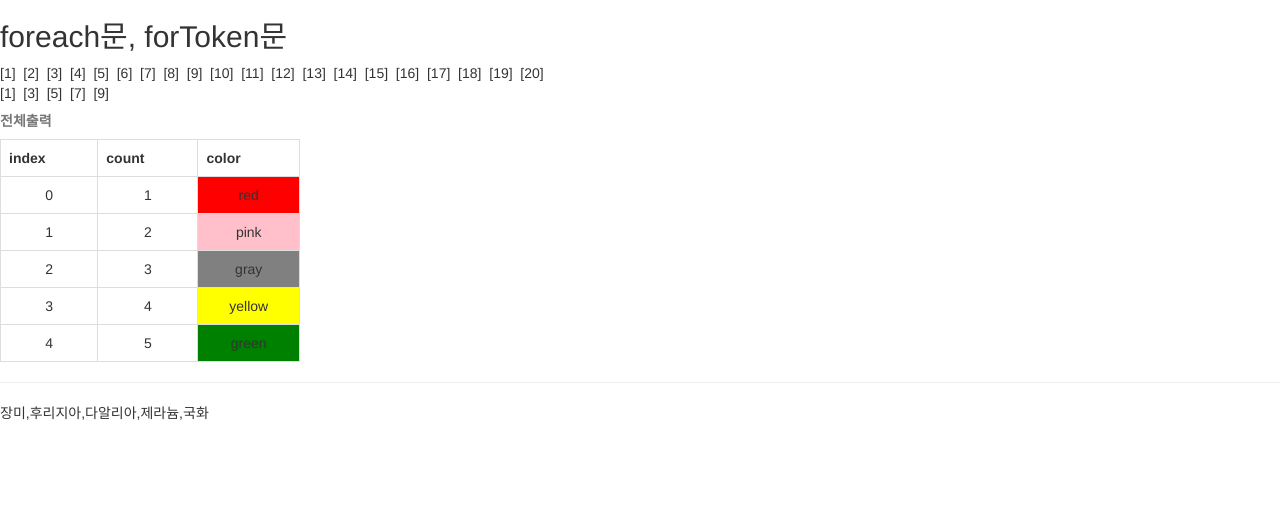
Repository: jungbee2/jungproject
Page: http://localhost/JstlProject/day0330/ex6_foreach.jsp
An editor plug-in stored every save of this project. The page is shown before and after the next save, followed by the edit.
The browser window is 1280 px wide. The pictures show the whole page.
Some web fonts or font styles are not loaded; a fallback is used. The page is served by Tomcat 9. Other server files are loaded and not shown.

Above is the page before, as saved 2023-03-30 02:47:43.

### JstlProject/src/main/webapp/day0330/ex6_foreach.jsp
<%@ page language="java" contentType="text/html; charset=utf-8"
	pageEncoding="utf-8"%>
<%@ taglib uri="http://java.sun.com/jsp/jstl/core" prefix="c"%>
<%@ taglib uri="http://java.sun.com/jsp/jstl/fmt" prefix="fmt"%>
<!DOCTYPE html>
<html>
<head>
<meta charset="utf-8">
<title>Insert title here</title>
<link
	href="https://fonts.googleapis.com/css2?family=Anton&family=Edu+VIC+WA+NT+Beginner:wght@600&family=Gamja+Flower&family=Single+Day&family=Jua&family=Nanum+Pen+Script&display=swap"
	rel="stylesheet">
<link rel="stylesheet"
	href="https://maxcdn.bootstrapcdn.com/bootstrap/3.4.1/css/bootstrap.min.css">
<script src="https://code.jquery.com/jquery-3.6.3.js"></script>
</head>
<body>
<h2>foreach문, forToken문</h2>

<c:forEach var="a" begin="1" end="20">
	[${a }]&nbsp;
</c:forEach>

<br>

<c:forEach var="a" begin="1" end="10" step="2">
	[${a }]&nbsp;
</c:forEach>

<br>

<%
String [] mycolor={"red","pink","gray","yellow","green"};
%>
<c:set var="mycolor" value="<%=mycolor %>" />
<table class="table table-bordered" style="width:300px;">
	<caption><b>전체출력</b></caption>
	<tr>
	<th>index</th>
	<th>count</th>
	<th>color</th>
	</tr>

	<c:forEach var="a" items="${mycolor }" varStatus="i">
		<tr align="center">
			<td>${i.index }</td>
			<td>${i.count }</td>
			<td bgcolor="${a }">${a }</td>
		</tr>
	</c:forEach>

</table>

<hr>
<c:set var="msg" value="장미,후리지아,다알리아,제라늄,국화"></c:set>
${msg }<br>

</body>
</html>

After the next save:
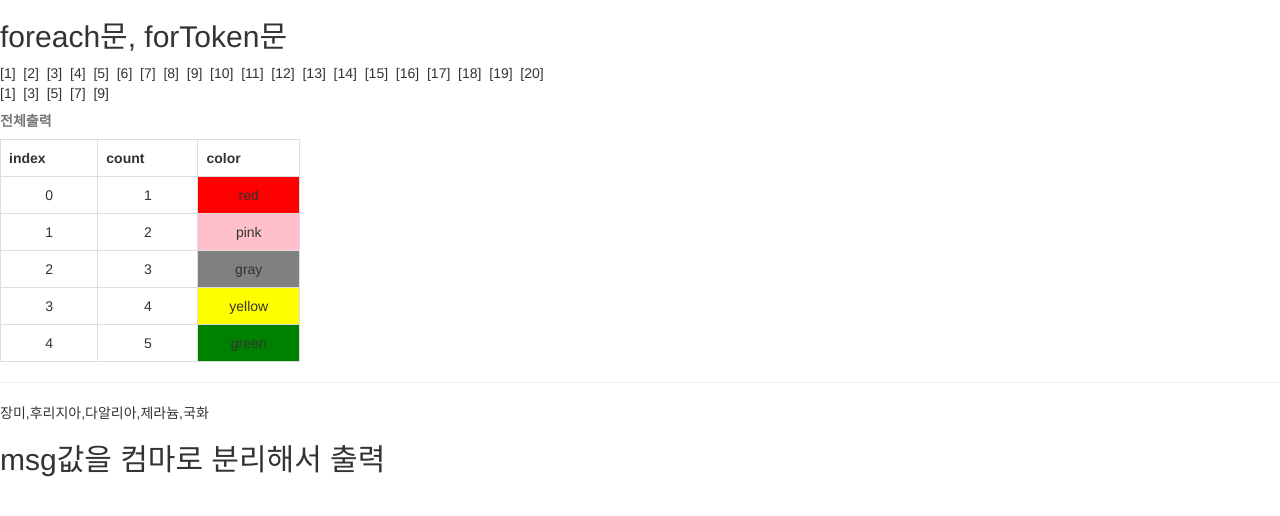
Saved 33 s later.
--- a/JstlProject/src/main/webapp/day0330/ex6_foreach.jsp
+++ b/JstlProject/src/main/webapp/day0330/ex6_foreach.jsp
@@ -55,5 +55,6 @@
 <c:set var="msg" value="장미,후리지아,다알리아,제라늄,국화"></c:set>
 ${msg }<br>
 
+<h2>msg값을 컴마로 분리해서 출력</h2>
 </body>
 </html>
